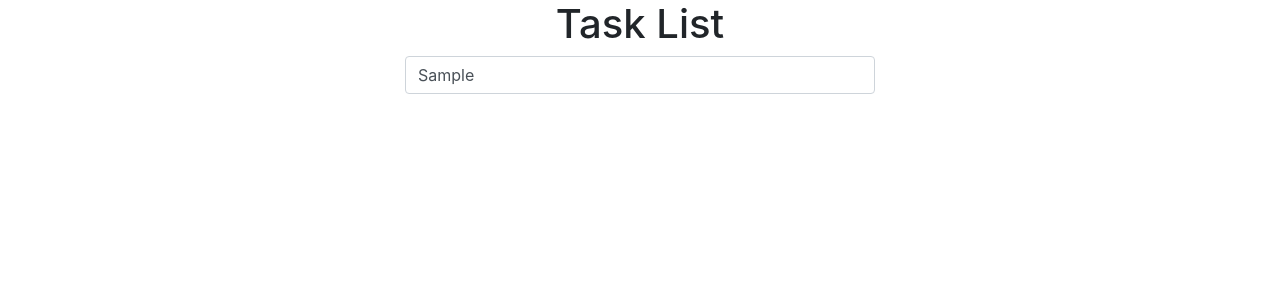
Repository: hoangphuong965/todolist
Page: index.html
The author's editor kept a copy of each file at every save. The page is drawn from the files as they stood at one save, then again after the next save.
The browser window is 1280 px wide. The pictures show the whole page.
Empty fields were first filled with sample values (such as "Sample", 5 or name@example.com).
After loading, the first visible `form.form` was submitted once.

Above is the page before, as saved 2020-09-04 19:19:42.
Console error: TypeError: Cannot read properties of undefined (reading 'random')

### index.html
<!DOCTYPE html>
<html lang="en">

<head>
     <meta charset="UTF-8">
     <meta name="viewport" content="width=device-width, initial-scale=1.0">
     <title>Document</title>
     <link rel="stylesheet" href="https://stackpath.bootstrapcdn.com/bootstrap/4.3.1/css/bootstrap.min.css"
          integrity="sha384-ggOyR0iXCbMQv3Xipma34MD+dH/1fQ784/j6cY/iJTQUOhcWr7x9JvoRxT2MZw1T" crossorigin="anonymous">
     <link rel="stylesheet" href="https://maxcdn.bootstrapcdn.com/font-awesome/4.7.0/css/font-awesome.min.css">
     <link rel="stylesheet" href="style.css">
</head>

<body>
     <div class="container">
          <h1 class="text-center">Task List</h1>
          <form class="form">
               <div class="form-group ">
                    <input type="text" class="form-control shadow-none" style="outline-color: black;" placeholder="Enter Your Task">
               </div>
               <div class="list">
                    <!-- <ol class="list-group list-group-flush">
                         <li class="list-group-item flex">
                              <p>Cras justo odio</p>
                              <i class="fa fa-trash trash" aria-hidden="true"></i>
                         </li>
                    </ol> -->
               </div>
               <!-- <button type="submit" class="btn btn-primary btn-sm shadow-none">Add Task</button> -->
          </form>
     </div>
     <script src="app.js"></script>
</body>

</html>

### style.css
.container {
  width: 500px;
}
.flex {
  display: flex;
  justify-content: space-between;
}
i {
  margin-top: 3px;
  text-align: right;
}
.trash {
  cursor: pointer;
}

### app.js
const input = document.querySelector("input");
let list = document.querySelector(".list");
window.addEventListener("DOMContentLoaded", getTasks);

const form = document.querySelector(".form");
form.addEventListener("submit", (e) => {
  e.preventDefault();
  add();
});

const id = Math.floor.Math.random() * 100;

const add = () => {
  if (input.value.trim() === "") {
    alerts();
    return;
  } else {
    let ul = `
          <ol class="list-group list-group-flush " id=${id}>
               <li class="list-group-item flex">
                    <p>${input.value.trim()}</p>
                    <i class="fa fa-trash trash" aria-hidden="true"></i>
               </li>
          </ol>
     `;
    addLocal(input.value);
    input.value = "";
    list.innerHTML += ul;
  }
};

const alerts = () => {
  window.alert("Fill In The Blank 👌");
};

list.addEventListener("click", (e) => {
  if (e.target.classList.contains("trash")) {
    let del = e.target.parentElement.parentElement;
    removeLocal(del.remove());
  }
});

//================= local storage ===================

// add local
function addLocal(inputValue) {
  let tasks = inputValue;
  let items = localStorage.getItem("TaksList")
    ? JSON.parse(localStorage.getItem("TaksList"))
    : [];

  items.push(tasks);
  localStorage.setItem("TaksList", JSON.stringify(items));
}

// get local
function getlocal() {
  return localStorage.getItem("TaksList")
    ? JSON.parse(localStorage.getItem("TaksList"))
    : [];
}
// setup items
function getTasks() {
  let items = localStorage.getItem("TaksList")
    ? JSON.parse(localStorage.getItem("TaksList"))
    : [];

  items.forEach((item) => {
    let ul = `
          <ol class="list-group list-group-flush " id=${id}>
               <li class="list-group-item flex">
                    <p>${item}</p>
                    <i class="fa fa-trash trash" aria-hidden="true"></i>
               </li>
          </ol>
     `;
    list.innerHTML += ul;
  });
}

// remove items
function removeLocal(e) {
  let items = getlocal();
  items = items.filter((item) => {
    console.log(item);
  });
  localStorage.setItem("TaksList", JSON.stringify(items));
}

After the next save:
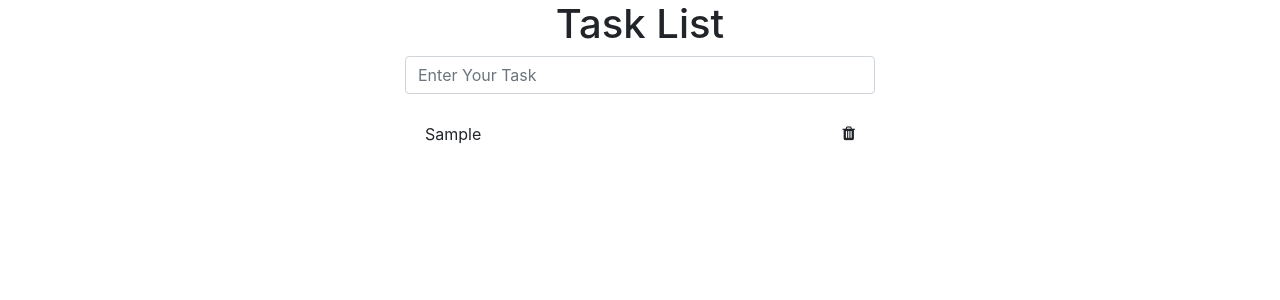
The error is gone.
Saved 30 s later.
--- a/app.js
+++ b/app.js
@@ -8,15 +8,13 @@ form.addEventListener("submit", (e) => {
   add();
 });
 
-const id = Math.floor.Math.random() * 100;
-
 const add = () => {
   if (input.value.trim() === "") {
     alerts();
     return;
   } else {
     let ul = `
-          <ol class="list-group list-group-flush " id=${id}>
+          <ol class="list-group list-group-flush " id={}>
                <li class="list-group-item flex">
                     <p>${input.value.trim()}</p>
                     <i class="fa fa-trash trash" aria-hidden="true"></i>
@@ -67,7 +65,7 @@ function getTasks() {
 
   items.forEach((item) => {
     let ul = `
-          <ol class="list-group list-group-flush " id=${id}>
+          <ol class="list-group list-group-flush ">
                <li class="list-group-item flex">
                     <p>${item}</p>
                     <i class="fa fa-trash trash" aria-hidden="true"></i>
